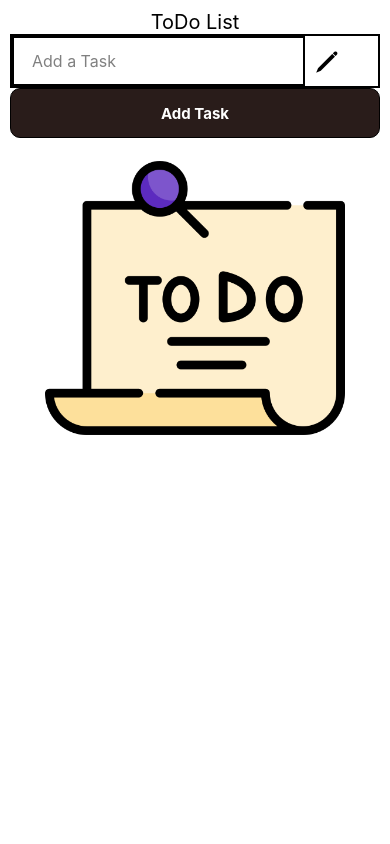
Repository: raisingh22/Projects
Screen: /
An editor plug-in stored every save of this project. The screen is shown before and after the next save, followed by the edit.
The app was drawn by React Native's web renderer in a window 390 px wide. The project was rebuilt for these pictures with package versions that can differ from the ones it lists, and the page was loaded fresh each time.

Above is the screen before, as saved 2024-01-22 14:08:44.

After the next save:
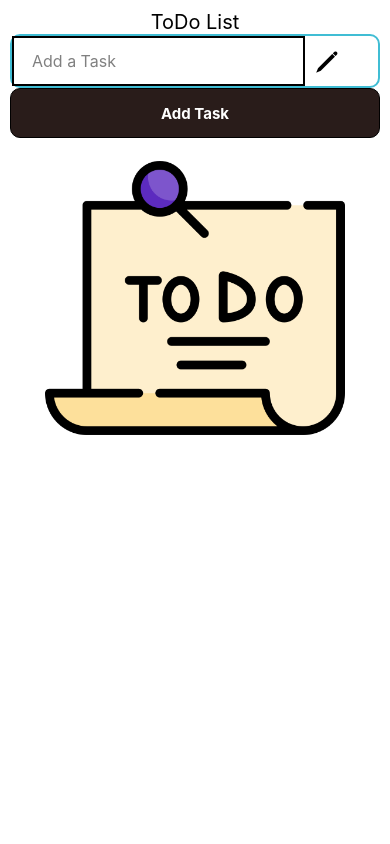
Saved 5 s later.
--- a/src/ToDoList/screens/ToDo.js
+++ b/src/ToDoList/screens/ToDo.js
@@ -72,6 +72,8 @@ const ToDo = () => {
         width:"100%",
         alignItems:'center',
         borderWidth: 2,
+        borderColor: '#40bdd4',
+        borderRadius: 10,
 
       }}>
       <TextInput
